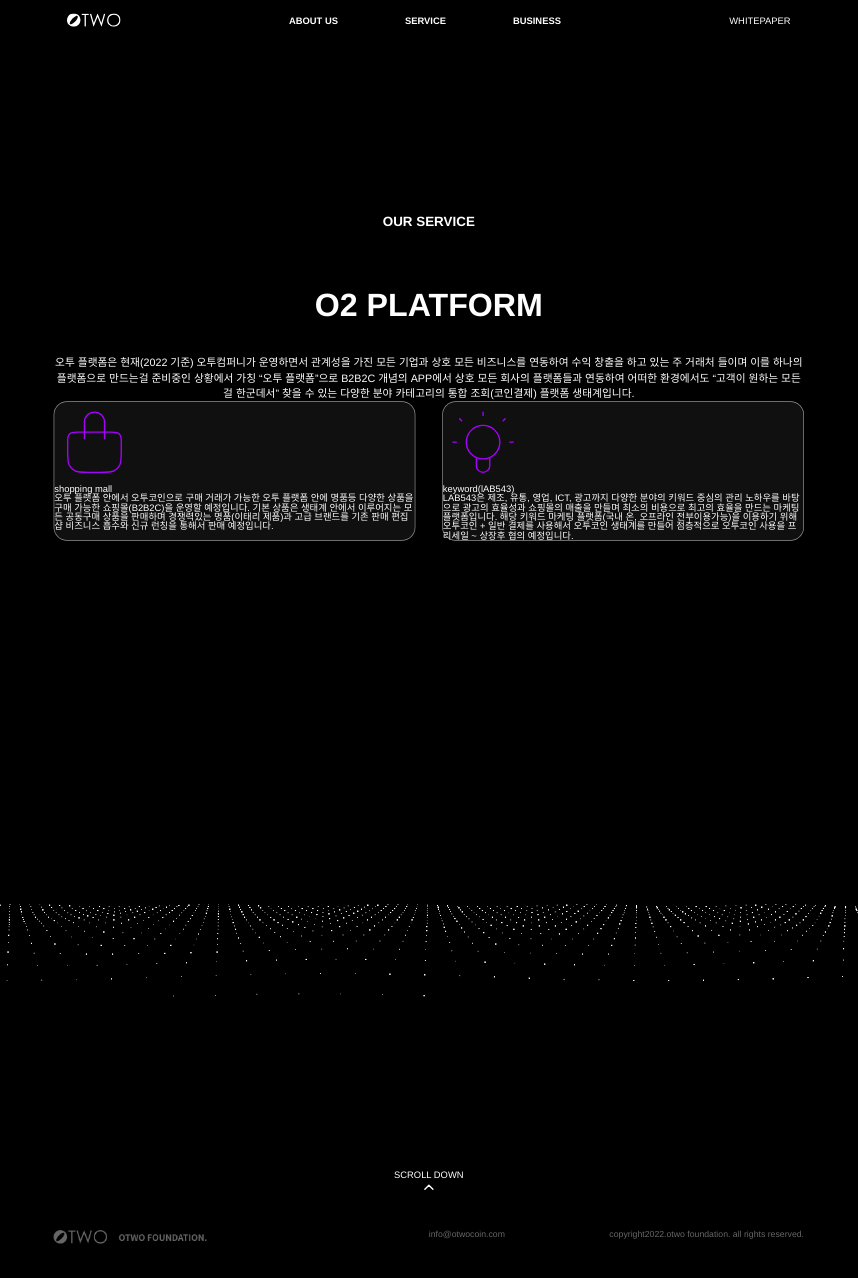
Repository: songhun115/Otwo
Page: service.html
An editor plug-in stored every save of this project. The page is shown before and after the next save, followed by the edit.
The browser window is 1280 px wide. The pictures show the whole page, at 67% of full size.

Above is the page before, as saved 2022-11-18 11:36:05.
Not found: js/three.js

### service.html
<!DOCTYPE html>
<html lang="en">

<head>
    <meta charset="UTF-8">
    <meta http-equiv="X-UA-Compatible" content="IE=edge">
    <meta name="viewport" content="width=device-width, initial-scale=1.0">
    <link rel="stylesheet" href="css/reset.css">
    <link rel="stylesheet" href="css/content.css">
    <link rel="preconnect" href="https://fonts.googleapis.com">
    <link rel="preconnect" href="https://fonts.gstatic.com" crossorigin>
    <link href="https://fonts.googleapis.com/css2?family=Noto+Sans+KR:wght@300;400;500;700;900&display=swap"
        rel="stylesheet">
    <link rel="stylesheet" href="https://cdn.jsdelivr.net/npm/swiper/swiper-bundle.min.css" />
    <script src="https://cdnjs.cloudflare.com/ajax/libs/jquery/3.6.1/jquery.min.js"
        integrity="sha512-aVKKRRi/Q/YV+4mjoKBsE4x3H+BkegoM/em46NNlCqNTmUYADjBbeNefNxYV7giUp0VxICtqdrbqU7iVaeZNXA=="
        crossorigin="anonymous" referrerpolicy="no-referrer"></script>
    <script src="js/index.js"></script>
    <script src="js/three.js"></script>
    <script src="js/three.min.js"></script>
    <title>about</title>
</head>

<body>
    <div class="contaeiner">
        <header class="header">
            <nav class="nav-bar">
                <div class="logo">
                    <img src="img/logo-white.svg" alt="">
                </div>
                <ul class="nav-list">
                    <li class="nav-item">ABOUT US</li>
                    <li class="nav-item">SERVICE</li>
                    <li class="nav-item">BUSINESS</li>
                </ul>
                <div class="white-paper">
                    WHITEPAPER
                </div>
            </nav>
        </header>
        <section class="section overview">
            <h3>OUR SERVICE</h3>
            <h1>O2 PLATFORM</h1>
            <p>오투 플랫폼은 현재(2022 기준) 오투컴퍼니가 운영하면서 관계성을 가진 모든 기업과 상호 모든 비즈니스를 연동하여 수익 창출을 하고 있는
                주 거래처 들이며 이를 하나의 플랫폼으로 만드는걸 준비중인 상황에서 가칭 “오투 플랫폼”으로 B2B2C 개념의 APP에서 상호 모든 회사의 플랫폼들과 연동하여 어떠한 환경에서도 “고객이 원하는 모든걸 한군데서” 찾을 수 있는 다양한 분야 카테고리의 통합 조회(코인결제) 플랫폼 생태계입니다.</p>

        </section>
     <section class="service-platform-list">
        <ul class="platform-list">
            <li class="platform-item">
                <div class="platform-img">
                    <img src="img/shoping.svg" alt="">
                </div>
                <div class="platform-category">shopping mall</div>
                <div class="platform-con">오투 플랫폼 안에서 오투코인으로 구매 거래가 가능한 오투 플랫폼 안에 명품등 다양한 상품을 구매 가능한 쇼핑몰(B2B2C)을 운영할 예정입니다.
                    기본 상품은 생태계 안에서 이루어지는 모든 공동구매 상품을 판매하며 경쟁력있는 명품(이태리 제품)과 고급 브랜드를 기존 판매 편집샵 비즈니스 흡수와 신규 런칭을 통해서 판매 예정입니다. </div>
            </li>
            <li class="platform-item">
                <div class="platform-img">
                    <img src="img/keywrod.svg" alt="">
                </div>
                <div class="platform-category">keyword(lAB543)</div>
                <div class="platform-con">LAB543은 제조, 유통, 영업, ICT, 광고까지 다양한 분야의 키워드 중심의 관리 노하우를 바탕으로 광고의 효율성과 쇼핑몰의 매출을 만들며 최소의 비용으로 최고의 효율을 만드는 마케팅 플랫폼입니다.
                    해당 키워드 마케팅 플랫폼(국내 온, 오프라인 전부이용가능)을 이용하기 위해 오투코인 + 일반 결제를 사용해서 오투코인 생태계를 만들어 점층적으로 오투코인 사용을 프리세일 ~ 상장후 협의 예정입니다. </div>
            </li>
        </ul>
     </section>

    </div>


    <div class="contaeiner-two">


        </div>
        <div id="canvas">
            <div class="scroll-up ">
                <p>SCROLL DOWN</p>
                <img src="img/chevron-up.svg" alt="">
            </div>

        </div>
        <script>
            window.addEventListener("DOMContentLoaded", () => {
            const w = window.innerWidth;
            const h = window.innerHeight / 2;
            const dpr = window.devicePixelRatio;

            const fov = 60;
            const fovRad = (fov / 2) * (Math.PI / 180);
            const dist = h / 2 / Math.tan(fovRad);

            const clock = new THREE.Clock();
            const particles = 5000;
            const pointSize = 2.5;

            const renderer = new THREE.WebGLRenderer();
            renderer.setSize(w, h);
            renderer.setClearColor(new THREE.Color(0x000000), 1.0);
            renderer.setPixelRatio(dpr);

            const container = document.getElementById("canvas");
            container.appendChild(renderer.domElement);

            const camera = new THREE.PerspectiveCamera(fov, w / h, 1, dist * 2);
            camera.position.x = 0;
            camera.position.y = 0;
            camera.position.z = 10;

            const scene = new THREE.Scene();

            const geo = new THREE.BufferGeometry();
            let positions = [];
            let x, y, z;

            const width = 400 * (w / h);

            const depth = 400;
            const distance = 10;

            for (let x = 0; x < width; x += distance) {
              for (let z = 0; z < depth; z += distance) {
                positions.push(-width / 2 + x, -30, -depth / 2 + z);
              }
            }
            let positionAttribute = new THREE.Float32BufferAttribute(positions, 3);
            geo.addAttribute("position", positionAttribute);

            const mat = new THREE.ShaderMaterial({
              uniforms: {
                u_time: {
                  value: 0.0
                }
              },
              vertexShader: `
              #define M_PI 3.1415926535897932384626433832795

              precision mediump float;
              uniform float u_time;
              void main() {
                vec3 p = position;
                p.y += (
                  cos(p.x / M_PI * 8.0 + u_time * 2.0) +
                  sin(p.z / M_PI * 8.0 + u_time * 2.0)
                );
                gl_PointSize = 1.5;
                gl_Position = projectionMatrix * modelViewMatrix * vec4(p, 1.0);
              }
              `,
              fragmentShader: `
              precision mediump float;
              void main() {
                gl_FragColor = vec4(1.0, 1.0, 1.0, 1.0);
              }
              `
            });

            const mesh = new THREE.Points(geo, mat);
            scene.add(mesh);

            render();

            function render() {
              const time = clock.getElapsedTime();
              mesh.material.uniforms.u_time.value = time;
              renderer.render(scene, camera);
              requestAnimationFrame(render);
            }
          });
          </script>
          <footer class="footer">
            <div class="footer-left">
                <img src="img/footer-left.png" alt="">
            </div>
            <div class="footer-right">
                <p>info@otwocoin.com</p>
                <p>copyright2022.otwo foundation. all rights reserved.</p>
            </div>
        </footer>
</body>

</html>

### css/reset.css
html, body, div, span, applet, object, iframe,
h1, h2, h3, h4, h5, h6, p, blockquote, pre,
a, abbr, acronym, address, big, cite, code,
del, dfn, em, img, ins, kbd, q, s, samp,
small, strike, strong, sub, sup, tt, var,
b, u, i, center,
dl, dt, dd, ol, ul, li,
fieldset, form, label, legend,
table, caption, tbody, tfoot, thead, tr, th, td,
article, aside, canvas, details, embed,
figure, figcaption, footer, header, hgroup,
menu, nav, output, ruby, section, summary,
time, mark, audio, video {
	margin: 0;
	padding: 0;
	border: 0;
	font-size: 100%;
	font: inherit;
	vertical-align: baseline;

}
/* HTML5 display-role reset for older browsers */
article, aside, details, figcaption, figure,
footer, header, hgroup, menu, nav, section {
	display: block;
}
body {
	line-height: 1;
  overflow-x: hidden;
  overflow-y: scroll;
}
ol, ul {
	list-style: none;
}
blockquote, q {
	quotes: none;
}
blockquote:before, blockquote:after,
q:before, q:after {
	content: '';
	content: none;
}
table {
	border-collapse: collapse;
	border-spacing: 0;
}
a,span{display: inline-block;}
body{font-family: 'Noto Sans KR', sans-serif; color: #fff;}
section h1 {font-size: 48px; line-height: 70px; color:#fff; font-weight: 700;}
section p {line-height: 23px; font-weight: 400; font-size: 16px;}
h2{font-size: 32px; font-weight: 700; line-height: 46px;}


html,
body {
  position: relative;
  height: 100%;
}

body {
  background: #eee;
  font-family: Helvetica Neue, Helvetica, Arial, sans-serif;
  font-size: 14px;
  color: #000;
  margin: 0;
  padding: 0;
}

.swiper {
  width: 100%;
  height: 100%;
}

.swiper-slide {
  text-align: center;
  font-size: 18px;


  /* Center slide text vertically */
  display: -webkit-box;
  display: -ms-flexbox;
  display: -webkit-flex;
  display: flex;
  -webkit-box-pack: center;
  -ms-flex-pack: center;
  -webkit-justify-content: center;
  justify-content: center;
  -webkit-box-align: center;
  -ms-flex-align: center;
  -webkit-align-items: center;
  align-items: center;
}

.swiper-slide img {
  display: block;
  width: 100%;
  height: 100%;
  object-fit: cover;
}
.service-swiper{ overflow: inherit !important; max-width: 1120px !important;}

### css/content.css
.intro{height: 100vh;}
canvas{    position: absolute; left: 0; top: 0; z-index: -1;}
.contaeiner{max-width: 1120px; margin: 0 auto;}
.contaeiner-two{max-width: 1120px; margin: 0 auto;}
body{background-color: #000; color: #fff;}
/*! 헤더  */
.header{position: absolute; left: 50%; top: 0; transform: translateX(-50%); width: 100%; max-width: 1120px; margin: 0 auto;  z-index: 11;}
.nav-bar{display: flex; justify-content: space-between; align-items: center; padding: 20px;}
.nav-list{display: flex; align-items: center;}
.nav-item{padding:0 50px; font-weight: 700;font-size: 14px;line-height: 20px; cursor: pointer;}
/*!메인페이지   */
.intro{position: relative;}
.intro-box{display: flex; flex-direction: column; align-items: center; justify-content: center; text-align: center; width: 100%;height: 100%;}
.pur-button{border: 1px solid #A600FF;border-radius: 50px; display: flex;flex-direction: row;justify-content: center;align-items: center;gap: 10px; transition: 0.3s; width: 216px;height: 45px; cursor: pointer;}
.pur-button:hover{background-color: #A600FF; }
.pur-button:hover > button{color:#D9D9D9;}
.intro-box > p{padding: 40px 0 80px 0;}
.pur-button button{border: none;outline: none; color:#A600FF; background-color: transparent; font-weight: 700; font-size: 17px; line-height: 25px;}
.scroll-down{position: absolute; bottom: 50px; left: 50%; transform: translateX(-50%);}
.scroll-down > p {font-weight: 300; padding-bottom:7px; color: #fff; color: pu;}


/*! 메인 service */
.service{padding-top: 320px;}
.service-content{display: flex; justify-content: space-between; align-items: center;}
.service-left.service-right{width: 50%;}
.service-left > p,.business-box-left p{padding-top: 40px; font-size: 16px;}
.service-category-box{display: flex; flex-direction: column; justify-content: start; align-items: flex-start; text-align: left; padding-right: 40px; box-sizing: border-box;}
.service-category-box > h4 {font-size: 20px; line-height: 29px; font-weight: 400; margin:40px 0 20px 0;}
.service-category-box > p {font-size: 16px;}

.service-swiper{padding:120px 0 100px 0!important; box-sizing: border-box !important;}
.swiper-button-prev,
.swiper-button-next{top: 90% !important;  }
.swiper-button-prev{left:0 !important;}
.swiper-button-next{left: 64px !important;}
.swiper-button-next:after, .swiper-button-prev:after{content: "" !important;font-family: none !important;width: 20px !important;height: 20px !important;}
.swiper-button-next:after{background-image: url("../img/chevron-right.svg") !important;}
.swiper-button-prev:after{background-image: url("../img/chevron-left.svg") !important;}


  /*!메인 Business */
  .business{padding-top: 370px;}
  .business-box{display: flex; justify-content: space-between; align-items: center;}
  .business-box-left .pur-button{margin-top: 80px;}
  .business-box-left{width: 58%;}
  business-box-right{width: 42%;}
  .scroll-up{position: absolute;bottom: 0;left: 50%;transform: translateX(-50%);text-align: center;}
  #canvas{position: relative; height: 100%; max-height: 659px;}
  /* #canvas canvas{ height: 1000px !important;} */
  /* #canvas canvas{height: 1000px;} */
  /*! 푸터   */
  .footer{max-width: 1120px; margin: 0 auto; display: flex; justify-content: space-between; padding: 50px 0;}
  footer-left,
  .footer-right{width: 50%;}
  .footer-right{display: flex; justify-content: space-between; opacity: 0.4; font-size: 13px; line-height: 13px;}



  /*! 어바웃 */
  .canvas-one-wrap{position: relative; max-height: 659px; height: 100%;}
  .canvas-one{ top: 50%;left: 50%; transform: translate(-50%, -50%); margin-top: 100px; background-image: url(../img/logo-purple.png);background-repeat: no-repeat;background-position: center}
  .contaeiner-two{padding-top: 320px;}
  .overview{padding-top: 320px; text-align: center; }
  .overview > h3{font-weight: 700; font-size: 20px;}
  .our-values{text-align: center;}
  .our-values > h1{margin:80px 0 40px 0;}
  .overview > h1{margin:80px 0 40px 0}
  .our-values-list{display: flex; justify-content: space-between; padding-top: 120px;}
  .our-values-item{text-align: left;}
  .our-values-category {margin:20px 0 32px 0; font-size: 24px; font-weight: 600;}

  .advisor{padding-top: 480px;}
  .advisor > h2{margin: 80px 0 120px 0;}
  .member-info {padding:40px 40px 60px 40px; box-sizing: border-box;}
  .advisor-member-list{    display: grid;grid-template-columns: repeat(3,1fr);gap: 40px}
  .advisor-member-item{background: #252525; border-radius: 20px; }
  .member-name{font-size: 20px; font-weight: 700;}
  .member-info > div{display: flex; align-items: center; justify-content: space-between; margin-top: 5px;}
  .member-photo img{ width: 100%;}
  .more-button{    max-width: 216px;margin: 120px auto;}
  .advisor-member-item-more{display: none;}
  .advisor-member-item-more.show{display: block;}

  /*!서비스  */
  .platform-list{ display: grid;grid-template-columns: repeat(2,1fr);gap: 40px}
  .platform-item{ background: #101010; border: 0.5px solid rgba(235, 235, 235, 0.6); border-radius: 20px;}

### js/index.js
$(document).ready(function () {
    $('.more-button').click(function () {
        $('.advisor-member-item-more').addClass('show');
    });
});

### img/shoping.svg
<svg width="120" height="120" viewBox="0 0 120 120" fill="none" xmlns="http://www.w3.org/2000/svg">
<path d="M45 55V30C45 21.7157 51.7157 15 60 15C68.2843 15 75 21.7157 75 30V54.8363M52 105H68C79.2011 105 84.8016 105 89.0798 102.82C92.8431 100.903 95.9027 97.8431 97.8201 94.0798C100 89.8016 100 84.2011 100 73V61C100 55.3995 100 52.5992 98.9101 50.4601C97.9513 48.5785 96.4215 47.0487 94.5399 46.0899C92.4008 45 89.6005 45 84 45H36C30.3995 45 27.5992 45 25.4601 46.0899C23.5785 47.0487 22.0487 48.5785 21.0899 50.4601C20 52.5992 20 55.3995 20 61V73C20 84.201 20 89.8016 22.1799 94.0798C24.0973 97.8431 27.1569 100.903 30.9202 102.82C35.1984 105 40.7989 105 52 105Z" stroke="#A600FF" stroke-width="2" stroke-linecap="round" stroke-linejoin="round"/>
</svg>

Loaded but not shown: js/three.min.js (library)

After the next save:
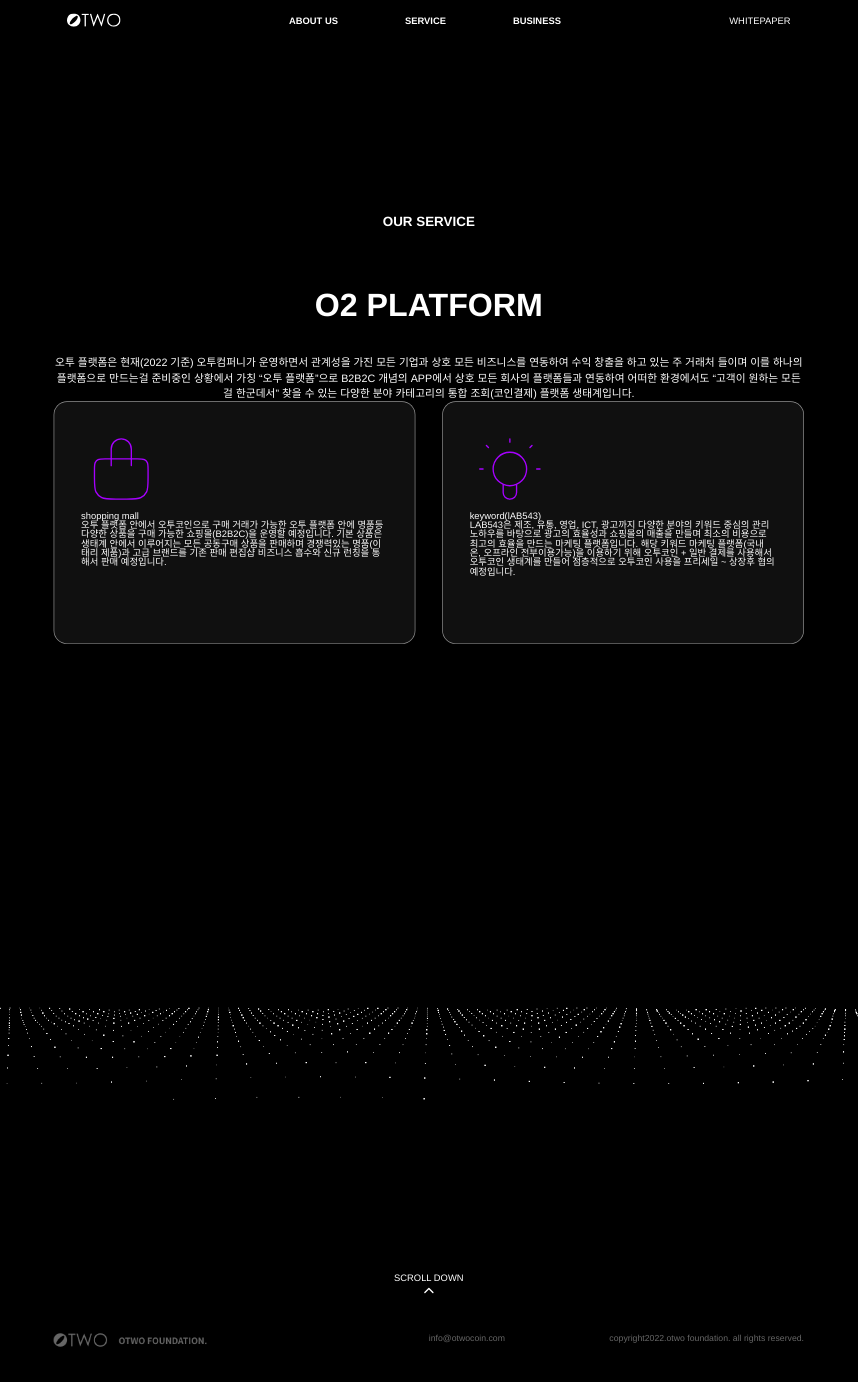
Saved 18 s later.
--- a/css/content.css
+++ b/css/content.css
@@ -84,4 +84,4 @@
 
   /*!서비스  */
   .platform-list{ display: grid;grid-template-columns: repeat(2,1fr);gap: 40px}
-  .platform-item{ background: #101010; border: 0.5px solid rgba(235, 235, 235, 0.6); border-radius: 20px;}
+  .platform-item{ background: #101010; border: 0.5px solid rgba(235, 235, 235, 0.6); border-radius: 20px; padding:40px 40px 100px 40px}
